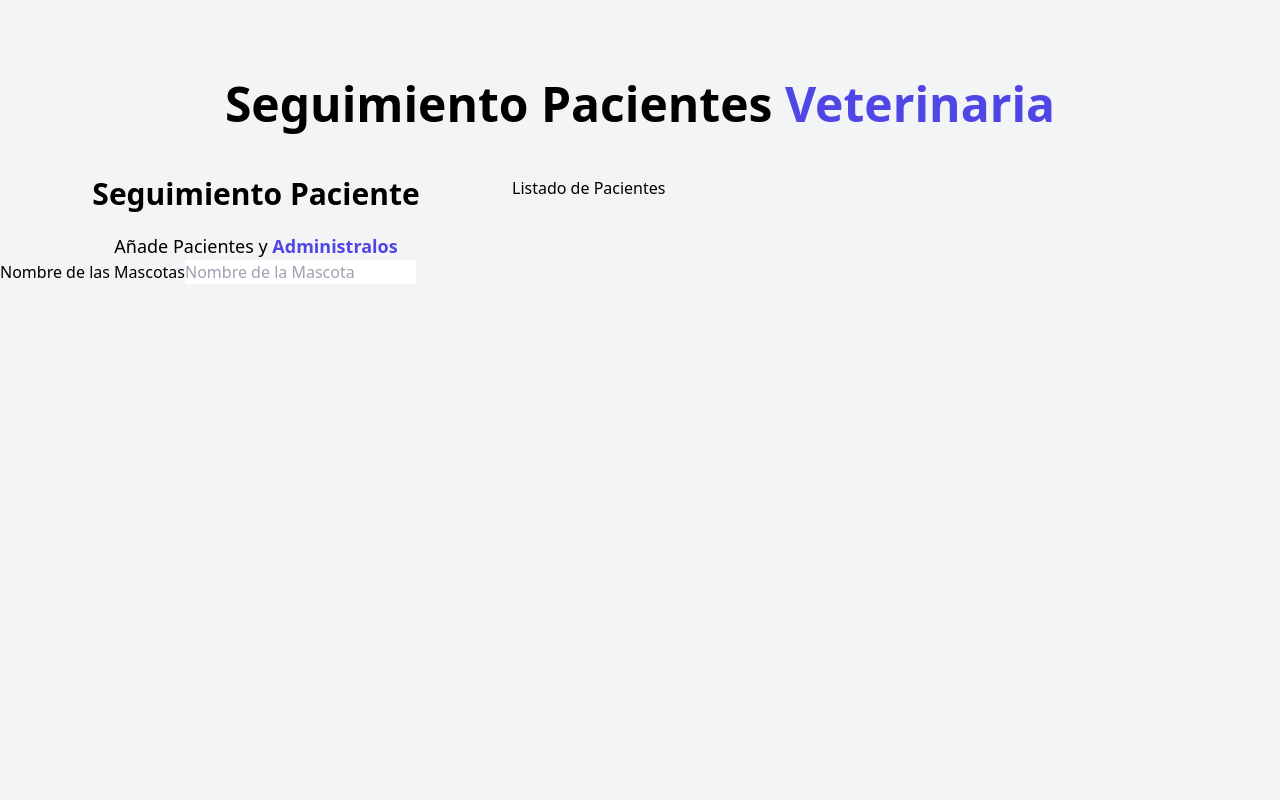
Repository: richardacb/citas_react_vite
Page: /
The author's editor kept a copy of each file at every save. The page is drawn from the files as they stood at one save, then again after a run of saves.
The browser window is 1280 px wide. The pictures show the whole page.
The project was rebuilt for these pictures with package versions that can differ from the ones it lists, and the page was loaded fresh each time. Also part of the build but not shown: vite.config.js.

Above is the page before, as saved 2022-12-17 02:41:15.

### src/App.jsx
import { useState } from "react";
import Header from "./components/Header";
import Formulario from "./components/Formulario";
import ListadoPacientes from "./components/ListadoPacientes";

function App() {
  return (
    <div className="container mx-auto mt-20">
      <Header />
      <div className="mt-12 md:flex">
        <Formulario />
        <ListadoPacientes />
      </div>
    </div>
  );
}

export default App;

### src/components/Header.jsx
function Header() {
  return (
    <>
        <h1 className="font-black text-5xl text-center md:w-2/3 mx-auto">Seguimiento Pacientes {''}
         <span className="text-indigo-600">Veterinaria</span></h1>
    </>
  );
}

export default Header;

### src/components/Formulario.jsx
const Formulario = () => {
    return (
        <div className="md:w-1/2 lg:w-2/5">
            <h2 className="font-black text-3xl text-center">Seguimiento Paciente</h2>

            <p className="text-lg mt-5 text-center">
                Añade Pacientes y {''} <span className="text-indigo-600 font-bold">Administralos</span>
            </p>

            <form className="">
                <div>
                    <label>Nombre de las Mascotas</label>
                    <input
                        type="text"
                        placeholder="Nombre de la Mascota"
                        className=""
                    />
                </div>
            </form>
        </div>
    )
}

export default Formulario;

### src/components/ListadoPacientes.jsx
const ListadoPacientes = () => {
  return (
    <div className="w-1/2 lg:w-3/5">
      <h2>Listado de Pacientes</h2>
    </div>
  );
};

export default ListadoPacientes;

Loaded but not shown: index.html (common file); src/main.jsx (common file); src/index.css (common file); tailwind.config.cjs (common file)

After the next 3 saves:
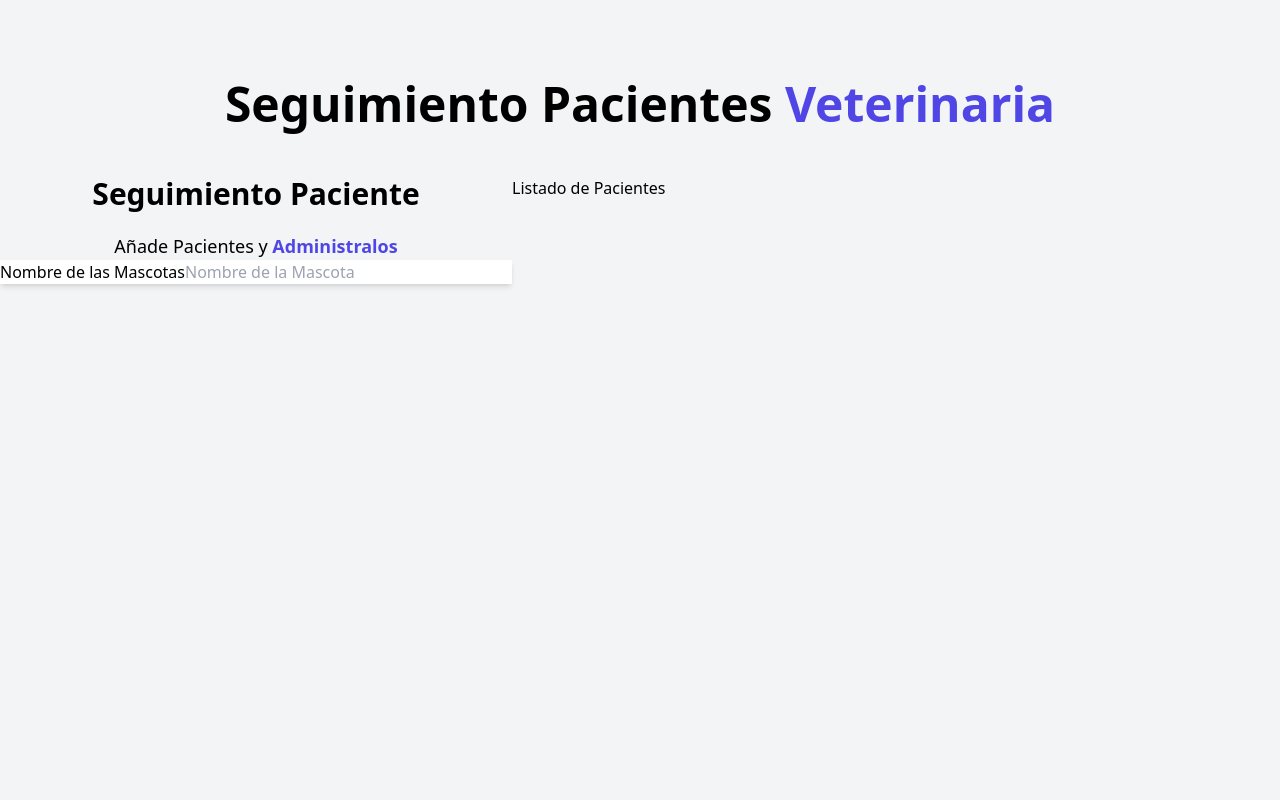
The 3 saves are shown as one change because they came seconds apart.
The last was saved 8 s later.
--- a/src/components/Formulario.jsx
+++ b/src/components/Formulario.jsx
@@ -7,7 +7,7 @@ const Formulario = () => {
                 Añade Pacientes y {''} <span className="text-indigo-600 font-bold">Administralos</span>
             </p>
 
-            <form className="">
+            <form className="bg-white shadow-md">
                 <div>
                     <label>Nombre de las Mascotas</label>
                     <input
